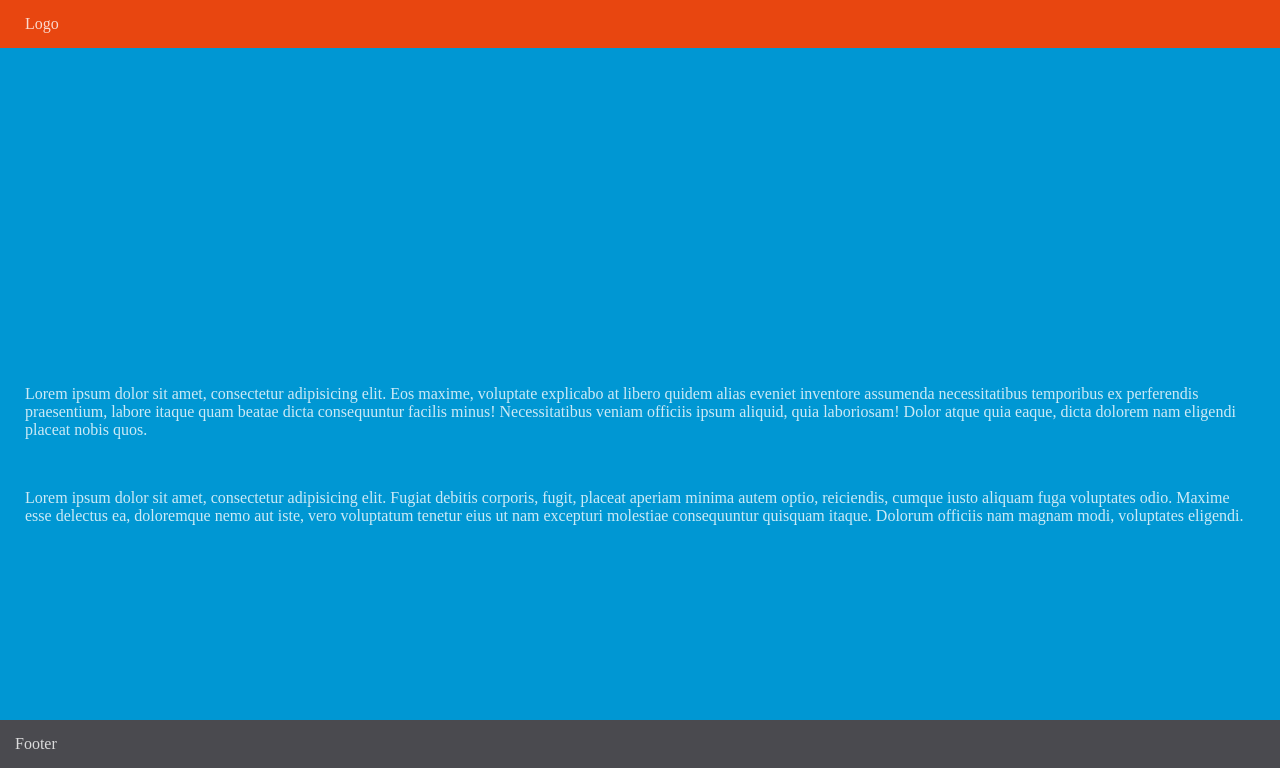
Repository: Leannald13/Another-website-attempt
Page: index.html
The author's editor kept a record of every edit. The page is drawn from the files as they stood at one moment, then again after the next edit.
The browser window is 1280 px wide. The pictures show the whole page.

Above is the page before.

### index.html
<!DOCTYPE html>
<html lang="en">
<head>
    <meta charset="UTF-8">
    <meta name="viewport" content="width=device-width, initial-scale=1.0">
    <meta http-equiv="X-UA-Compatible" content="ie=edge">
    <link rel="stylesheet" href="main.css" type="text/css" />
    <title>Document</title>
</head>
<body>
    <main class="main">
    <header class="header">
        <div class="logo">Logo</div>
        </header>
    <section class="section">
    <div class="vcenter">
        <article class="article column column-60">
        <p class="section-paragraph">
          Lorem ipsum dolor sit amet, consectetur adipisicing elit. Eos maxime, voluptate explicabo at libero quidem alias eveniet inventore assumenda necessitatibus temporibus ex perferendis praesentium, labore itaque quam beatae dicta consequuntur facilis minus! Necessitatibus veniam officiis ipsum aliquid, quia laboriosam! Dolor atque quia eaque, dicta dolorem nam eligendi placeat nobis quos.
        </p>
        </article>
    <aside class="aside column column-40">
        <p class="section-paragraph">
        Lorem ipsum dolor sit amet, consectetur adipisicing elit. Fugiat debitis corporis, fugit, placeat aperiam minima autem optio, reiciendis, cumque iusto aliquam fuga voluptates odio. Maxime esse delectus ea, doloremque nemo aut iste, vero voluptatum tenetur eius ut nam excepturi molestiae consequuntur quisquam itaque. Dolorum officiis nam magnam modi, voluptates eligendi.
        </p>
    </aside>

    </div>
    </section>
     <footer class="footer">
         Footer
     </footer>
    </main>
</body>
</html>

### main.css
body, html {
    height: 100%;
    margin: 0;
    color: rgba(255, 255, 255, .8);
}

.header {
    position: fixed;
    top: 0;
    left: 0;
    right: 0;
    background-color: #e84610;
    padding: 15px 25px;
}

.main {
    height: 100%;
}

.section {
    background-color: #0097d3;
    height: 100%;
}

.vcenter {
    position: relative;
    top: 50%;
    transform: translateY(-50%);
}


.section-paragraph {
    font-size: 1em;
    margin: 25px;
}

.footer {
    background-color: #4a4a4f;
    padding: 15px;

}

@media (min-width: 768px) {

.column {
    float: left;
}

    {
    .column-60 {
        width: 60%;
    }
    .column-40 {
        width: 40%;
    }
}

After the next edit:
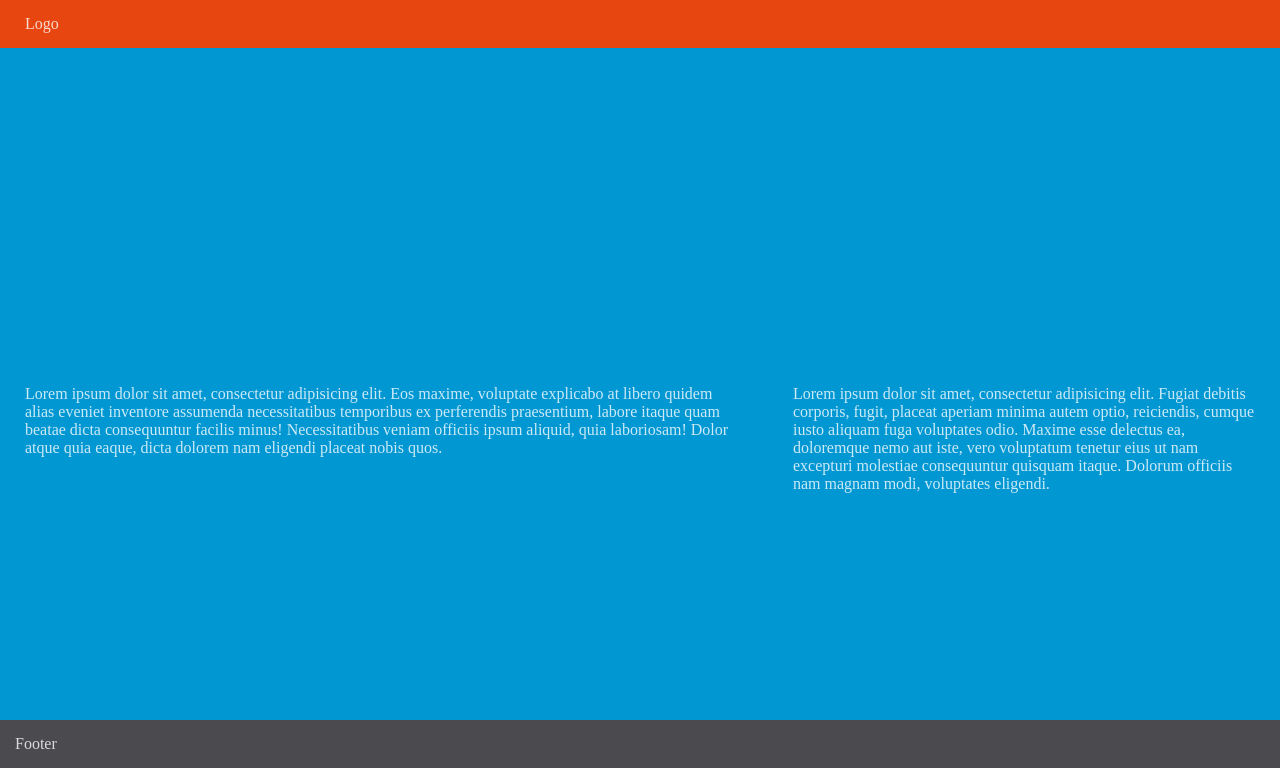
The edit:
--- a/main.css
+++ b/main.css
@@ -46,7 +46,6 @@
     float: left;
 }
 
-    {
     .column-60 {
         width: 60%;
     }
